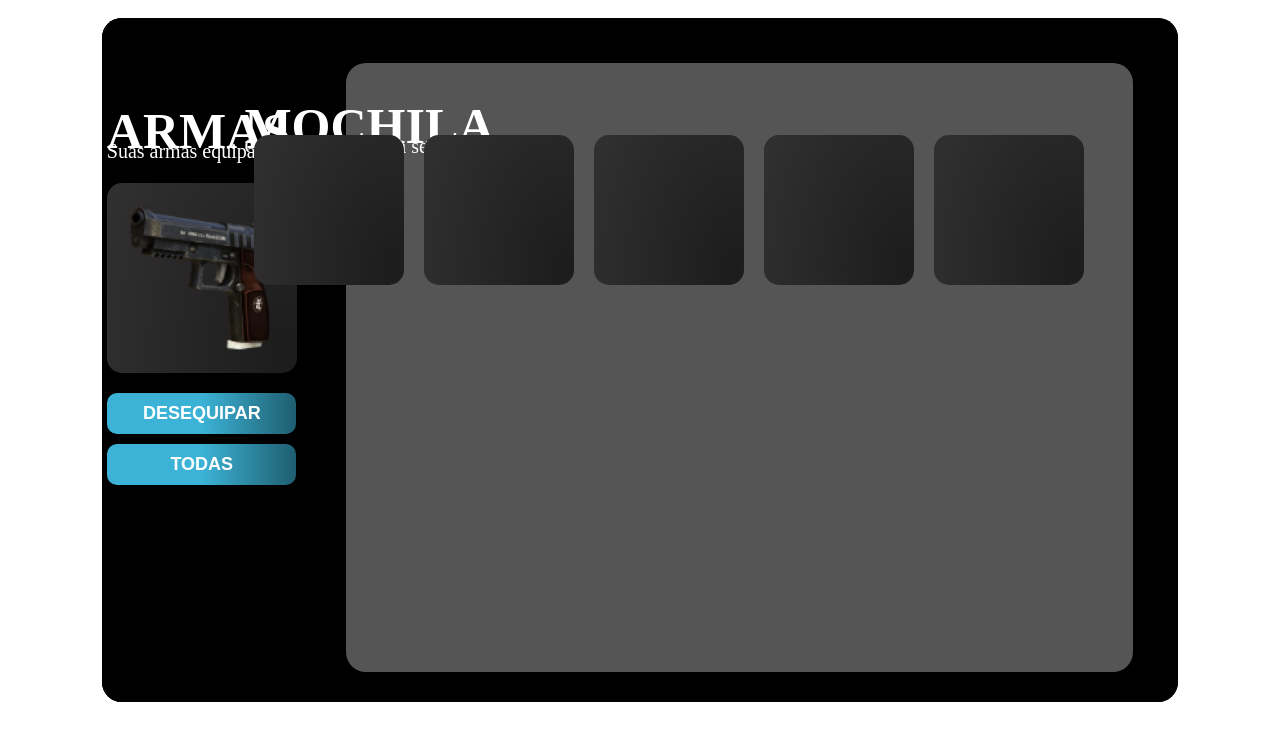
Repository: DuMCorrea/Mochila
Page: index.html
These files come from the project's save history. The page is drawn as it stood at one moment and after the next save; the edit follows.
The browser window is 1280 px wide. The pictures show the whole page.
Some web fonts or font styles are not loaded; a fallback is used.

Above is the page before, as saved 2024-09-02 22:29:37.

### index.html
<!DOCTYPE html>
<html lang="pt-BR">
<head>
    <meta charset="UTF-8">
    <meta name="viewport" content="width=device-width, initial-scale=1.0">
    <link href="https://fonts.googleapis.com/css2?family=Baloo+Bhai+2&display=swap" rel="stylesheet">
    <title>Modelo de Tela</title>
    <link rel="stylesheet" href="styles.css">
</head>
<body>
    <div class="container">
        <div class="background-rectangle">
            <div class="left-div">
                <div class="content-left">
                    <h1>ARMAS</h1>
                    <p>Suas armas equipadas!</p>
                    <div class="image-container">
                        <img src="assets/ARMA.png" alt="Imagem" />
                    </div>
                    <button class="desequipar-btn">DESEQUIPAR</button>
                    <button class="todas">TODAS</button>
                </div>
            </div>
            <div class="right-div">
                <div class="content-right">
                    <h1>MOCHILA</h1>
                    <p>Organize e distribua seus itens por aqui!</p>
                    <div class="squares-container">
                        <div class="square"></div>
                        <div class="square"></div>
                        <div class="square"></div>
                        <div class="square"></div>
                        <div class="square"></div>
                    </div>
                </div>
            </div>
        </div>
    </div>
</body>
</html>

### styles.css
body, html {
    margin: 0;
    padding: 0;
    width: 100%;
    height: 100%;
    display: flex;
    justify-content: center;
    align-items: center;
    background-color: white; /* Fundo preto para o body */
    font-family: 'Baloo Bhai 2', cursive; /* Aplicando a fonte Baloo Bhai */
}

.container {
    width: 84%; /* Largura da div principal */
    height: 95%; /* Altura da div principal */
    display: flex;
    justify-content: center;
    align-items: center;
    background-color: #000000; /* Fundo preto para a div principal */
    border-radius: 20px; /* Canto arredondado */
    font-family: 'Baloo Bhai 2', cursive; /* Aplicando a fonte Baloo Bhai */
}

.background-rectangle {
    width: 100%;
    height: 100%;
    background: #000000; /* Fundo preto para o retângulo principal */
    border-radius: 20px; /* Cantos arredondados */
    display: flex;
}

.left-div {
    width: 22%; /* 25% da largura da tela */
    height: 100%;
    background-color: #000000; /* Fundo preto para a div esquerda */
    display: flex;
    justify-content: center;
    align-items: center;
    border-radius: 20px 0 0 20px; /* Canto arredondado à esquerda */
    font-family: 'Baloo Bhai 2', cursive; /* Aplicando a fonte Baloo Bhai */
}

.right-div {
    width: calc(75% - 20px); /* 73% da largura da tela menos a margem */
    height: calc(92% - 20px); /* 95% da altura menos a margem */
    background-color: #555555; /* Fundo cinza para a div direita */
    display: flex;
    justify-content: center;
    align-items: center;
    margin: 45px; /* Margem em torno da div da direita */
    border-radius: 20px; /* Cantos arredondados */
    font-family: 'Baloo Bhai 2', cursive; /* Aplicando a fonte Baloo Bhai */
}


/* DIV DA ESQUERDA */

.content-left {
    text-align: justify; /* Justifica o texto */
    display: flex;
    flex-direction: column;
    justify-content: flex-start; /* Alinha os elementos ao topo da div */
    align-items: center; /* Centraliza horizontalmente */
    height: 100%; /* Ocupa toda a altura da div esquerda */
    padding-top: 100px; /* Adiciona um espaçamento do topo */
}

.left-div h1 {
    color: white; /* Cor branca para o título */
    font-size: 50px; /* Tamanho da fonte do título */
    margin-bottom: -20px; /* Espaçamento negativo para aproximar o parágrafo */
    font-weight: 900;
    width: 100%; /* Para garantir que a justificação funcione */
    text-align: justify; /* Justifica o texto do título */
}

.left-div p {
    color: white; /* Cor branca para a frase */
    font-size: 20px; /* Tamanho da fonte da frase */
    margin-top: 0; /* Remove a margem superior do parágrafo */
    width: 100%; /* Para garantir que a justificação funcione */
    text-align: justify; /* Justifica o texto da frase */
    font-weight: 100;
}

.image-container {
    width: 190px; /* Largura do quadrado */
    height: 190px; /* Altura do quadrado */
    background: radial-gradient(547.21% 823.76% at 94.51% 88.04%, #1D1C1C 0%, #837E7E 100%); /* Fundo com gradiente */
    border-radius: 15px; /* Borda arredondada */
    display: flex;
    justify-content: center;
    align-items: center;
    margin-top: 0px; /* Espaçamento acima da imagem */
}

.image-container img {
    width: 85%; /* Ajusta o tamanho da imagem para caber no container */
    height: 85%; /* Ajusta o tamanho da imagem para caber no container */
    border-radius: 15px; /* Borda arredondada da imagem para combinar com o container */
}

.desequipar-btn {
    margin-top: 20px; /* Espaçamento acima do botão */
    padding: 10px 20px; /* Espaçamento interno do botão */
    background: linear-gradient(90deg, #3CB3D6 49.9%, #1F5E70 100%); /* Fundo com gradiente */
    color: white; /* Cor do texto */
    font-size: 18px; /* Tamanho da fonte */
    font-weight: bold; /* Negrito no texto */
    border: none; /* Remove a borda padrão do botão */
    border-radius: 10px; /* Bordas arredondadas */
    cursor: pointer; /* Cursor de ponteiro ao passar o mouse */
    text-align: center; /* Centraliza o texto no botão */
    width: 189px; /* Largura do botão */
}

.todas {
    margin-top: 10px; /* Espaçamento acima do botão */
    padding: 10px 20px; /* Espaçamento interno do botão */
    background: linear-gradient(90deg, #3CB3D6 49.9%, #1F5E70 100%); /* Fundo com gradiente */
    color: white; /* Cor do texto */
    font-size: 18px; /* Tamanho da fonte */
    font-weight: bold; /* Negrito no texto */
    border: none; /* Remove a borda padrão do botão */
    border-radius: 10px; /* Bordas arredondadas */
    cursor: pointer; /* Cursor de ponteiro ao passar o mouse */
    text-align: center; /* Centraliza o texto no botão */
    width: 189px; /* Largura do botão */
}


/* DIV DA DIREITA */


.content-right {
    display: flex;
    flex-direction: column;
    justify-content: flex-start; /* Alinha os elementos ao topo da div */
    align-items: flex-start; /* Alinha os elementos à esquerda */
    height: 100%; /* Ocupa toda a altura da div direita */
    padding: 20px; /* Adiciona um espaçamento interno */
}

.right-div h1 {
    color: white; /* Cor branca para o título */
    font-size: 50px; /* Tamanho da fonte do título */
    margin-bottom: -20px; /* Espaçamento negativo para aproximar o parágrafo */
    font-weight: 900;
    width: 100%; /* Para garantir que a justificação funcione */
    text-align: left; /* Alinha o texto à esquerda */
    position: relative; /* Posicionamento relativo para o elemento abaixo */
    right: 70px;
}

.right-div p {
    color: white; /* Cor branca para a frase */
    font-size: 20px; /* Tamanho da fonte da frase */
    margin-top: 0; /* Remove a margem superior do parágrafo */
    width: 100%; /* Para garantir que a justificação funcione */
    text-align: left; /* Alinha o texto à esquerda */
    font-weight: 100;
    position: relative; /* Posicionamento relativo para o elemento abaixo */
    right: 70px;
}

.squares-container {
    display: flex; /* Exibe os quadrados em linha */
    justify-content: center; /* Centraliza os quadrados horizontalmente */
    align-items: center; /* Centraliza os quadrados verticalmente */
    margin-top: 50px; /* Espaçamento acima dos quadrados */
    width: 100%; /* Largura total para o contêiner */
    height: 50%; /* Altura do contêiner */
    position: relative;
    right: 70px;
    bottom: 170px;
}

.square {
    width: 150px; /* Largura dos quadrados */
    height: 150px; /* Altura dos quadrados */
    background: radial-gradient(547.21% 823.76% at 94.51% 88.04%, #1D1C1C 0%, #837E7E 100%); /* Gradiente de fundo */
    border-radius: 15px; /* Bordas arredondadas */
    margin: 0 10px; /* Espaçamento entre os quadrados */
}

After the next save:
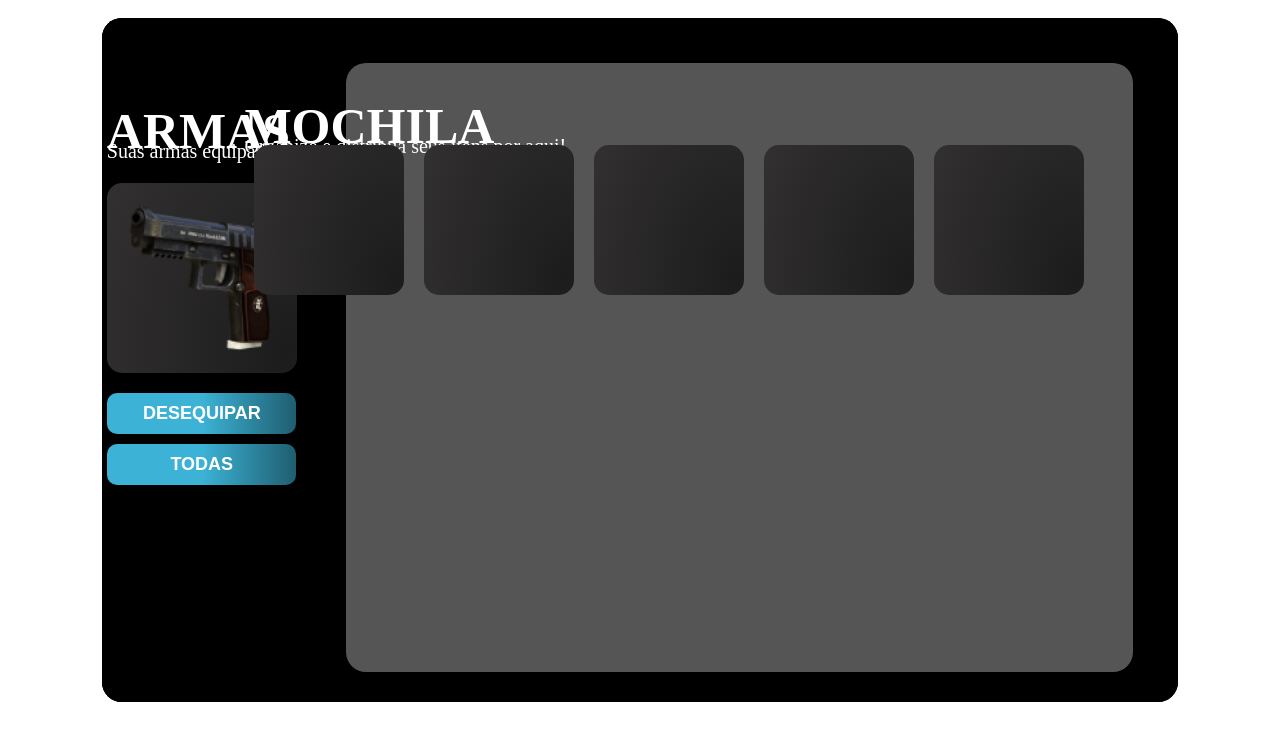
Saved 5 s later.
--- a/styles.css
+++ b/styles.css
@@ -172,7 +172,7 @@
     height: 50%; /* Altura do contêiner */
     position: relative;
     right: 70px;
-    bottom: 170px;
+    bottom: 160px;
 }
 
 .square {

After the save that followed:
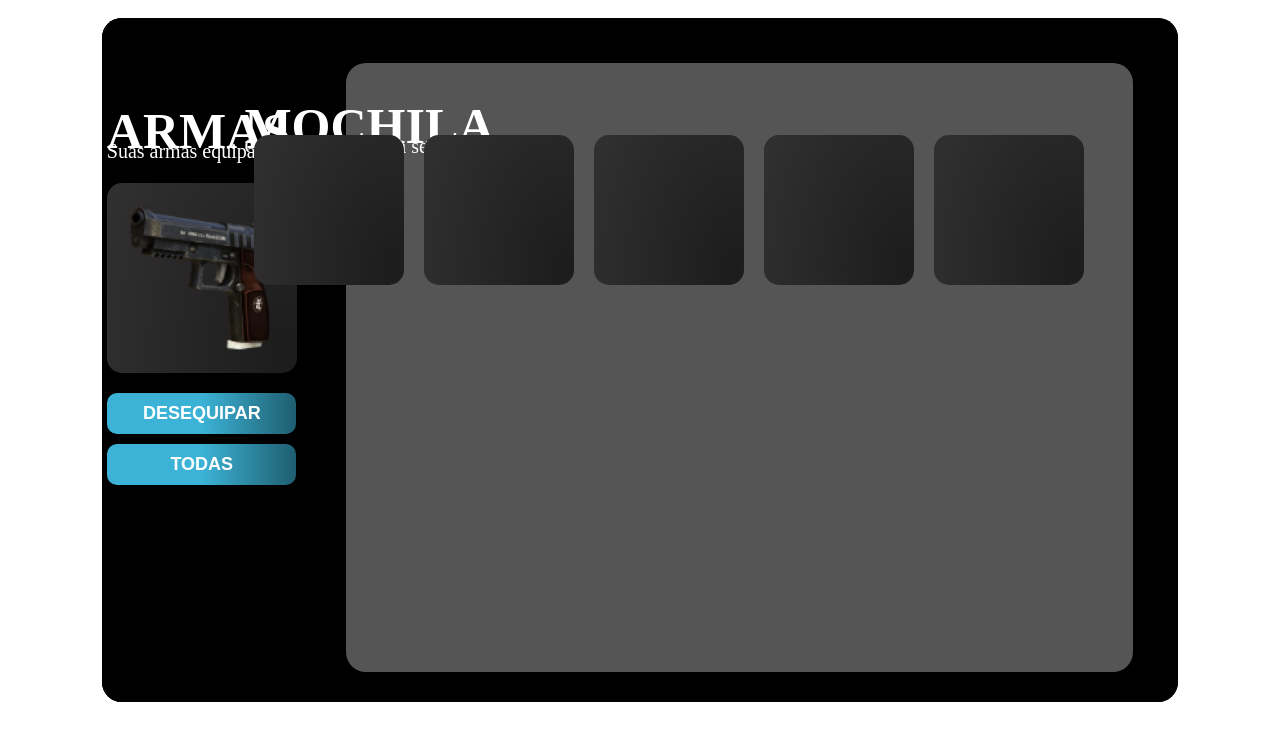
Saved 5 s later.
--- a/styles.css
+++ b/styles.css
@@ -172,7 +172,7 @@
     height: 50%; /* Altura do contêiner */
     position: relative;
     right: 70px;
-    bottom: 160px;
+    bottom: 170px;
 }
 
 .square {
